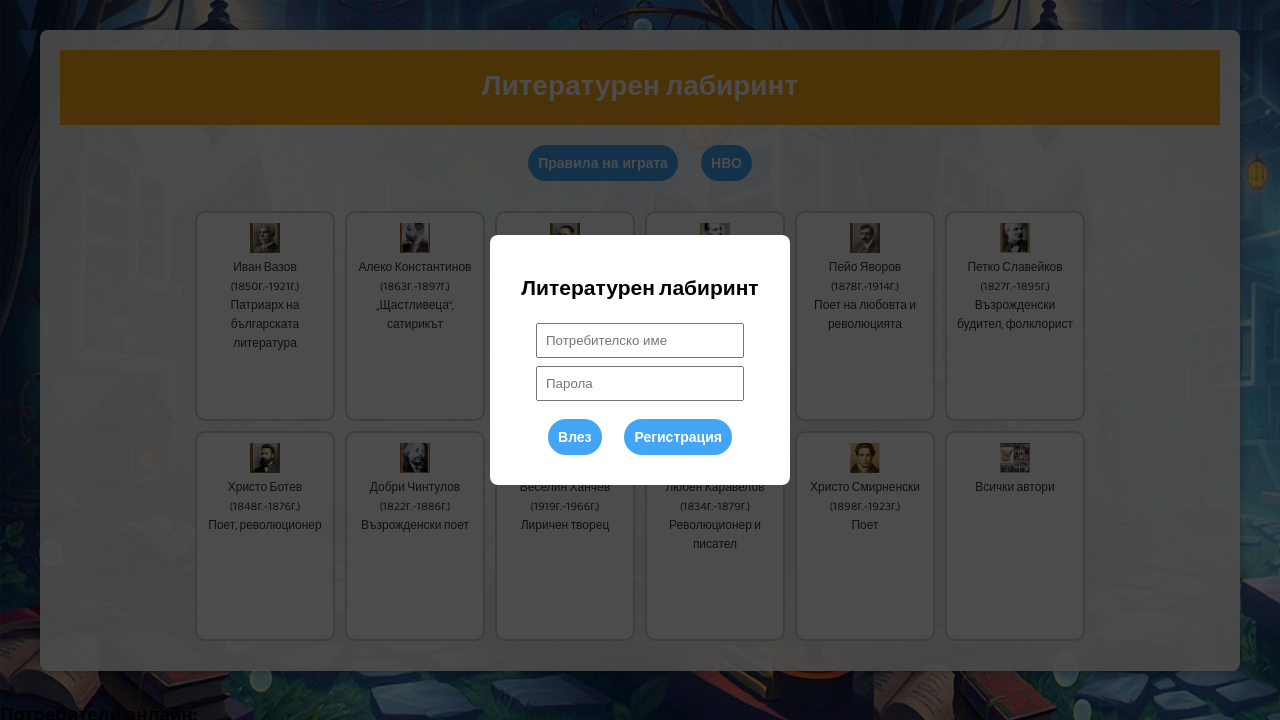
Repository: LY1177/litmaze
Page: public/index.html
The author's editor kept a copy of each file at every save. The page is drawn from the files as they stood at one save, then again after a run of saves.
The browser window is 1280 px wide. The pictures show the window.
The page's requests for data from a server got no answer. A layer covers the whole window, so only the first screen is drawn. Backgrounds fixed to the window are drawn as part of the page.

Above is the page before, as saved 2025-05-01 00:37:02.

### public/index.html
<!DOCTYPE html>
<html lang="bg">
<head>
  <meta charset="UTF-8">
  <!-- Респонсив meta tag -->
  <meta name="viewport" content="width=device-width, initial-scale=1.0">
  <title>Литературен лабиринт – Escape Room</title>
  <!-- шрифт от Google Fonts -->
  <link href="https://fonts.googleapis.com/css2?family=Baloo+2:wght@400;700&display=swap" rel="stylesheet">
  <link rel="stylesheet" href="styles.css">
  <script src="script.js" defer></script>
</head>
<body>
  <!-- Главен контейнер, който ограничава ширината на проекта (не е full-screen) -->
  <div id="main-container">

    <!-- 1) Логин модал -->
    <div id="login-modal" class="modal visible">
      <div class="modal-content">
        <h2>Литературен лабиринт</h2>
        <input type="text" id="username" placeholder="Потребителско име">
        <input type="password" id="password" placeholder="Парола">
        <button id="login-btn" class="btn">Влез</button>
        <button id="open-register-from-login" class="btn">Регистрация</button>
      </div>
    </div>
    <!-- Регистрационен модал -->
    <div id="register-modal" class="modal hidden">
      <div class="modal-content">
        <h2>Регистрация</h2>
        <input type="text"    id="register-username" placeholder="Потребителско име">
        <input type="email"   id="register-email"    placeholder="Имейл">
        <input type="password" id="register-password" placeholder="Парола">
        <div class="modal-buttons">
          <button id="register-btn"        class="btn">Регистрация</button>
          <button id="close-register-btn"  class="btn">Затвори</button>
        </div>
      </div>
    </div>


    <!-- 2) Екран за лабиринта (скрит по начало) -->
    <div id="game-container" class="screen hidden">

      <header id="top-bar">
        <h1 id="labyrinth-title">Лабиринт</h1>
        <div id="user-info">
          Потребител: <span id="display-username"></span> |
          Ниво: <span id="current-level">1</span> |
          Точки: <span id="score">0</span>
        </div>
        <div id="button-row">
          <button id="back-to-authors" class="nav-btn">Назад към авторите</button>
          <button id="next-level" class="nav-btn hidden">Следващо ниво</button>
          <!-- Бутон за управление на фоновата музика -->
          <button id="music-toggle-btn" class="btn">Пауза музика</button>
        <label for="volume-control">Сила на звука:</label>
        <input type="range" id="volume-control" min="0" max="1" step="0.01" value="0.2">
      </div>
      </header>

      <!-- Контейнер за лабиринта -->
      <div id="maze-container-active">
        <div id="maze-active"></div>
        <!-- Героят (🙂), центриран в клетката -->
        <div id="hero"></div>
      </div>
    </div>

    <!-- 3) Екран за избор на автори (флип карти) -->
    <div id="author-selection" class="screen">
      <h2>Литературен лабиринт</h2>
      <div class="rules-btn-container">
  <button id="rules-btn" class="btn">Правила на играта</button>
  <button id="nvo-btn" class="btn">НВО</button>
 </div>


      <!-- Мрежа с 12 карти -->
      <div class="card-container">
        <!-- Карта 1: Иван Вазов -->
        <div class="card" data-author="vazov">
          <div class="card-inner">
            <div class="card-front">
              <img src="images/vazov.jpg" alt="Иван Вазов">
                <p class="portrait-text">Иван Вазов</p>
                <p class="portrait-text">(1850г.-1921г.)</p>
                <p class="portrait-text">Патриарх на българската литература</p>

            </div>
            <div class="card-back">
              <p>Лабиринт – Иван Вазов</p>
              <button class="enter-btn btn">Вход</button>
            </div>
          </div>
        </div>

        <!-- Карта 2: Алеко Константинов -->
        <div class="card" data-author="aleko">
          <div class="card-inner">
            <div class="card-front">
              <img src="images/aleko.jpg" alt="Алеко Константинов">
              <p class="portrait-text">Алеко Константинов</p>
              <p class="portrait-text">(1863г.-1897г.)</p>
              <p class="portrait-text">„Щастливеца“, сатирикът</p>

            </div>
            <div class="card-back">
              <p>Лабиринт – Алеко Константинов</p>
              <button class="enter-btn btn">Вход</button>
            </div>
          </div>
        </div>

        <!-- Карта 3: Елин Пелин -->
        <div class="card" data-author="pelin">
          <div class="card-inner">
            <div class="card-front">
              <img src="images/pelin.jpg" alt="Елин Пелин">
              <p class="portrait-text">Елин Пелин</p>
              <p class="portrait-text">(1877г.-1949г.)</p>
              <p class="portrait-text">Майстор на късия разказ</p>
            </div>
            <div class="card-back">
              <p>Лабиринт – Елин Пелин</p>
              <button class="enter-btn btn">Вход</button>
            </div>
          </div>
        </div>

        <!-- Карта 4: Йордан Йовков -->
        <div class="card" data-author="yordan">
          <div class="card-inner">
            <div class="card-front">
              <img src="images/yordan.jpg" alt="Йордан Йовков">
              <p class="portrait-text">Йордан Йовков</p>
              <p class="portrait-text">(1880г.-1937г.)</p>
              <p class="portrait-text">Хуманистът,<br>„Певец на добротата“</p>
            </div>
            <div class="card-back">
              <p>Лабиринт – Йордан Йовков</p>
              <button class="enter-btn btn">Вход</button>
            </div>
          </div>
        </div>

        <!-- Карта 5: Пейо Яворов -->
        <div class="card" data-author="peyo">
          <div class="card-inner">
            <div class="card-front">
              <img src="images/peyo.jpg" alt="Пейо Яворов">
              <p class="portrait-text">Пейо Яворов</p>
              <p class="portrait-text">(1878г.-1914г.)</p>
              <p class="portrait-text">Поет на любовта и революцията</p>
            </div>
            <div class="card-back">
              <p>Лабиринт – Пейо Яворов</p>
              <button class="enter-btn btn">Вход</button>
            </div>
          </div>
        </div>

        <!-- Карта 6: Петко Славейков -->
        <div class="card" data-author="petko">
          <div class="card-inner">
            <div class="card-front">
              <img src="images/petko.jpg" alt="Петко Славейков">
              <p class="portrait-text">Петко Славейков</p>
              <p class="portrait-text">(1827г.-1895г.)</p>
              <p class="portrait-text">Възрожденски будител, фолклорист</p>
            </div>
            <div class="card-back">
              <p>Лабиринт – Петко Славейков</p>
              <button class="enter-btn btn">Вход</button>
            </div>
          </div>
        </div>

        <!-- Карта 7: Христо Ботев -->
        <div class="card" data-author="hristo">
          <div class="card-inner">
            <div class="card-front">
              <img src="images/hristo.jpg" alt="Христо Ботев">
              <p class="portrait-text">Христо Ботев</p>
              <p class="portrait-text">(1848г.-1876г.)</p>
              <p class="portrait-text">Поет, революционер </p>
            </div>
            <div class="card-back">
              <p>Лабиринт – Христо Ботев</p>
              <button class="enter-btn btn">Вход</button>
            </div>
          </div>
        </div>

        <!-- Карта 8: Добри Чинтулов -->
        <div class="card" data-author="dobri">
          <div class="card-inner">
            <div class="card-front">
              <img src="images/dobri.jpg" alt="Добри Чинтулов">
              <p class="portrait-text">Добри Чинтулов</p>
              <p class="portrait-text">(1822г.-1886г.)</p>
              <p class="portrait-text">Възрожденски поет</p>
            </div>
            <div class="card-back">
              <p>Лабиринт – Добри Чинтулов</p>
              <button class="enter-btn btn">Вход</button>
            </div>
          </div>
        </div>

        <!-- Карта 9: Веселин Ханчев -->
        <div class="card" data-author="veselin">
          <div class="card-inner">
            <div class="card-front">
              <img src="images/veselin.jpg" alt="Веселин Ханчев">
              <p class="portrait-text">Веселин Ханчев</p>
              <p class="portrait-text">(1919г.-1966г.)</p>
                <p class="portrait-text">Лиричен творец</p>

            </div>
            <div class="card-back">
              <p>Лабиринт – Веселин Ханчев</p>
              <button class="enter-btn btn">Вход</button>
            </div>
          </div>
        </div>

        <!-- Карта 10: Любен Каравелов -->
        <div class="card" data-author="lyuben">
          <div class="card-inner">
            <div class="card-front">
              <img src="images/lyuben.jpg" alt="Любен Каравелов">
              <p class="portrait-text">Любен Каравелов</p>
              <p class="portrait-text">(1834г.-1879г.)</p>
              <p class="portrait-text">Революционер и писател</p>
            </div>
            <div class="card-back">
              <p>Лабиринт – Любен Каравелов</p>
              <button class="enter-btn btn">Вход</button>
            </div>
          </div>
        </div>

        <!-- Карта 11: Христо Смирненски -->
        <div class="card" data-author="smirnenski">
          <div class="card-inner">
            <div class="card-front">
              <img src="images/smirnenski.jpg" alt="Христо Смирненски">
              <p class="portrait-text">Христо Смирненски</p>
              <p class="portrait-text">(1898г.-1923г.)</p>
              <p class="portrait-text">Поет</p>
            </div>
            <div class="card-back">
              <p>Лабиринт – Христо Смирненски, вход</p>
              <button class="enter-btn btn">Вход</button>
            </div>
          </div>
        </div>

        <!-- Карта 12: Обобщение -->
        <div class="card" data-author="obobshtenie">
          <div class="card-inner">
            <div class="card-front">
              <img src="images/obobshtenie.jpg" alt="Обобщение">
              <p class="portrait-text">Всички автори</p>
            </div>
            <div class="card-back">
              <p>Лабиринт – Обобщение, вход</p>
              <button class="enter-btn btn">Вход</button>
            </div>
          </div>
        </div>

      </div><!-- .card-container -->
    </div><!-- #author-selection -->

    <!-- Модален прозорец за правилата на играта -->
    <div id="rules-modal" class="modal hidden">
      <div class="modal-content wide-modal">
        <h2>Правила на играта</h2>
        <p>
          1. Щракнете върху картата на избрания от вас автор, картата ще се завърти<br>
          2. На гърба на картата е бутона за вход в лабиринта.<br>
          3. Целта е да се стигне до изхода на лабиринта.<br>
          4. На входа има подсказка за началната посока на движение.<br>
          5. За да се придвижвате напред трябва да давате верни отговори на въпросите.<br>
          6. След всеки верен отговор ще получавате посоката на движение<br>
          7. Ако не отговорите правилно, ще можете да опитате отново.<br>
          8. Ако се върнете назад, ще видите съобщение: "Връщаш се назад..."<br>
          9. Забавлявайте се!
        </p>
        <button id="close-rules" class="btn">Затвори</button>
      </div>
    </div>

    <!-- Модален прозорец за въпроси -->
    <div id="question-modal" class="modal hidden">
      <div class="modal-content question-modal-content">
        <h2 id="question-title">Въпрос</h2>
        <div id="question-text"></div>
        <div id="question-answers"></div>
        <div class="modal-buttons">
          <button id="close-question-btn" class="btn">Затвори</button>
        </div>
      </div>
    </div>
    <!-- Модален прозорец за избор на година за НВО -->
<div id="nvo-modal" class="modal hidden">
  <div class="modal-content">
    <h2>Изберете година за НВО</h2>
    <select id="nvo-year-select">
      <option value="">-- Изберете година --</option>
      <option value="nvo2022">НВО 2022</option>
      <option value="nvo2023">НВО 2023</option>
      <option value="nvo2024">НВО 2024</option>

    </select>
    <div class="modal-buttons">
      <button id="nvo-select-btn" class="btn">Вход</button>
      <button id="nvo-close-btn" class="btn">Затвори</button>
    </div>
  </div>
</div>
<!-- Модален прозорец за показване на текста (пасаж) -->
<div id="passage-modal" class="modal hidden">
  <div class="modal-content">
    <h2>Текст</h2>
    <div id="passage-container"></div>
    <div class="modal-buttons">
      <button id="close-passage-btn" class="btn">Затвори</button>
    </div>
  </div>
</div>

  </div><!-- #main-container -->

<div id="fun-fact-modal" class="modal hidden">
  <div class="modal-content">
    <h2>💡Любопитен факт</h2>
    <div id="fun-fact-content"></div>
    <button id="close-fun-fact-btn" class="btn">Затвори</button>
  </div>
</div>

<h3>Потребители онлайн:</h3>
<ul id="online-list"></ul>

</body>
</html>

Loaded but not shown: public/script.js (1534 lines, source omitted); public/styles.css (706 lines, source omitted)

After the next 2 saves:
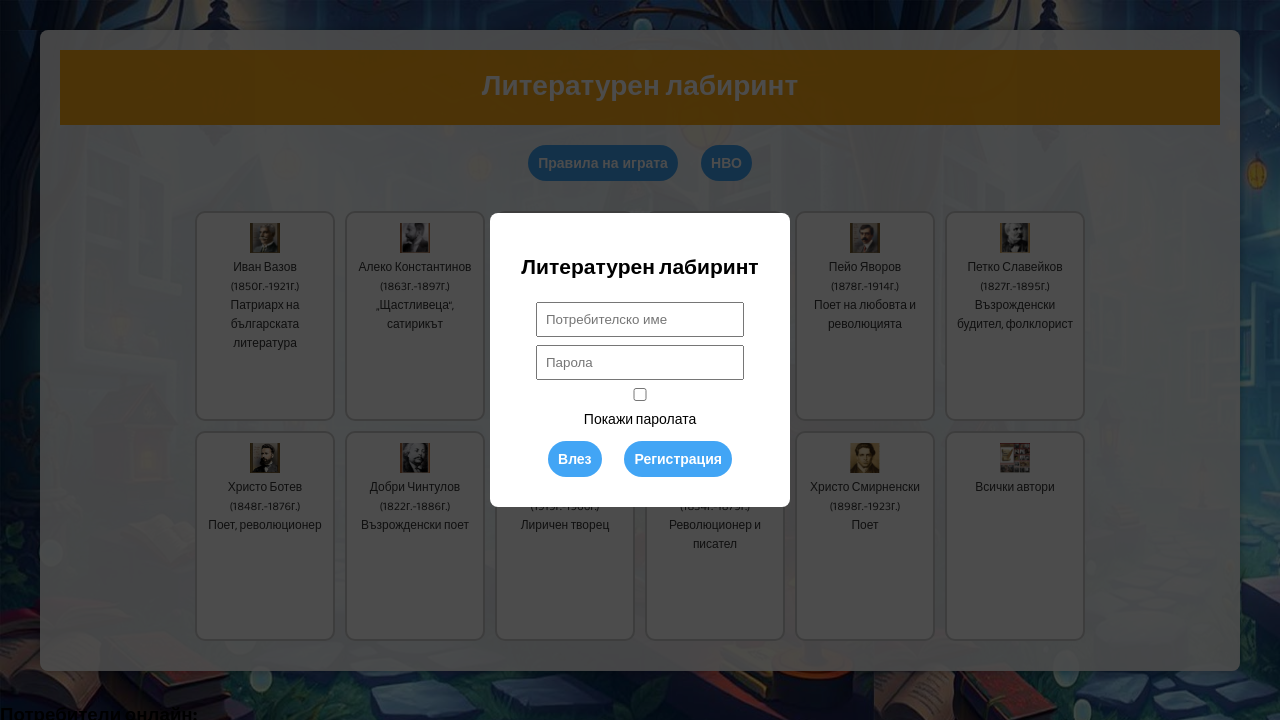
The 2 saves are shown as one change because they came seconds apart.
The last was saved 15 min 19 s later.
--- a/public/index.html
+++ b/public/index.html
@@ -20,6 +20,10 @@
         <h2>Литературен лабиринт</h2>
         <input type="text" id="username" placeholder="Потребителско име">
         <input type="password" id="password" placeholder="Парола">
+        <div class="show-password">
+          <input type="checkbox" id="show-password-checkbox">
+          <label for="show-password-checkbox">Покажи паролата</label>
+        </div>
         <button id="login-btn" class="btn">Влез</button>
         <button id="open-register-from-login" class="btn">Регистрация</button>
       </div>
